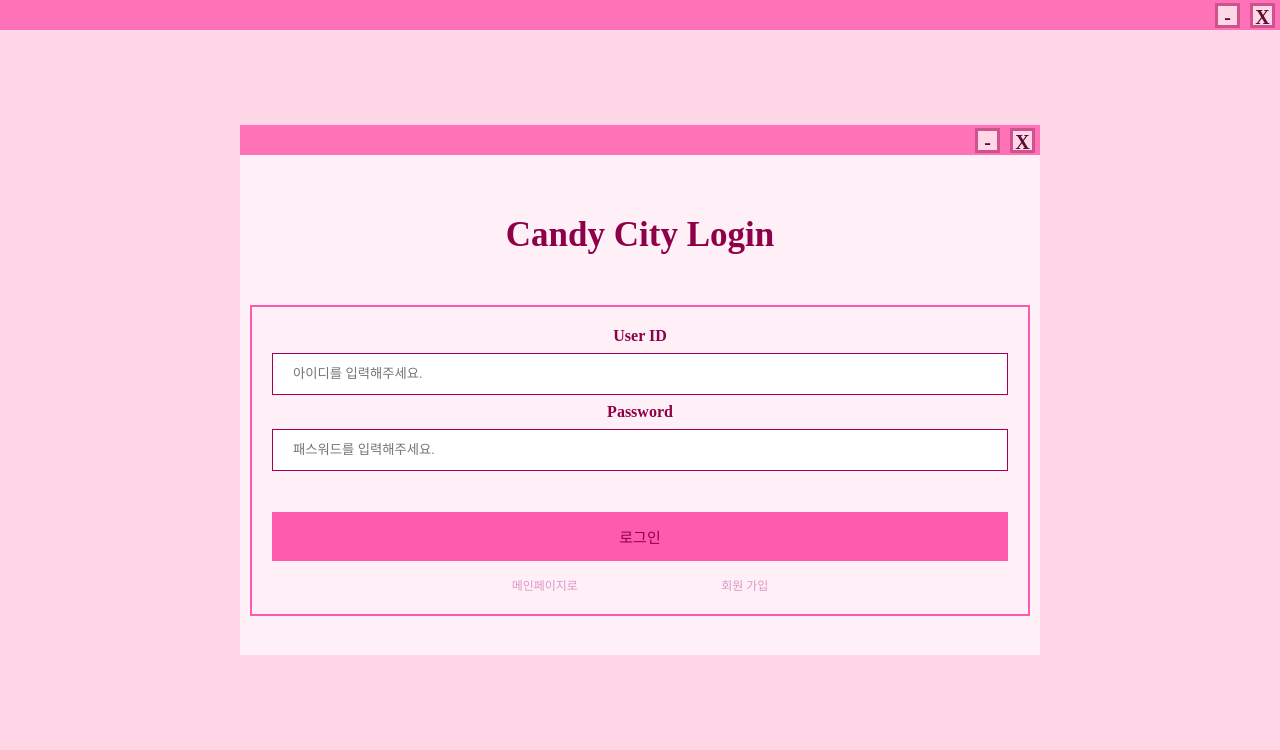
Repository: chanbiM/candyCityProject
Page: http://localhost/CandyCityProj/member/login.jsp
These files come from the project's save history. The page is drawn as it stood at one moment and after the next save; the edit follows.
The browser window is 1280 px wide. The pictures show the whole page.
Some web fonts or font styles are not loaded; a fallback is used. The page is served by Tomcat 9. Other server files are loaded and not shown.

Above is the page before, as saved 2022-11-12 05:07:46.

### CandyCityProj/WebContent/member/login.jsp
<%@ page language="java" contentType="text/html; charset=UTF-8"
	pageEncoding="UTF-8"%>

<!DOCTYPE html>
<html>
<head>
<meta charset="UTF-8">
<title>login</title>
<link rel="stylesheet" href="/css/mainStyle.css">
<link rel="stylesheet" href="/css/loginStyle.css">
</head>
<body>
	<div class="window">
		<button class="widow_btn" id="-_btn">-</button>
		<button class="widow_btn" id="x_btn">X</button>
	</div>
	<div class="wrapper">

		<div class="login">
			<div class="window">
				<button class="widow_btn" id="-_btn">-</button>
				<button class="widow_btn" id="x_btn">X</button>
			</div>

			<form action="/login" method="get" id="loginForm">

				<h2>Candy City Login</h2>

				<div class="login_center">
					<label><b>User ID</b></label> <input type="text"
						placeholder="아이디를 입력해주세요." name="id">

					<label><b>Password</b> <input type="password"
						placeholder="패스워드를 입력해주세요." name="pwd"></label>
					<br><br>
					<input type="submit" value="로그인">

					<ul>
						<li><a href="../index.jsp"> 메인페이지로 </a></li>
						<li><a href="/member/insertMember.jsp"> 회원 가입 </a></li>
					</ul>
				</div>
			</form>
		</div>


	</div>
</body>
</html>

### CandyCityProj/WebContent/css/mainStyle.css
@font-face {
    font-family: 'DungGeunMo';
    src: url('https://cdn.jsdelivr.net/gh/projectnoonnu/noonfonts_six@1.2/DungGeunMo.woff') format('woff');
    font-weight: normal;
    font-style: normal;
}
* {
    margin: 0;
    padding: 0;
    list-style: none;
    text-decoration: none;
    color: rgb(19, 0, 1);
    font-family: 'DungGeunMo';
    color: #8e0047;
}

.wrapper {
    width: 1280px;
    margin: 0 auto;
    background-color: rgb(255, 215, 230);
}

.window {
    width: 100%;
    height: 30px;
    display: flex;
    justify-content: flex-end;
    background-color: #FF72B7;
    align-items: center;
}
.widow_btn {
    width: 25px;
    height: 25px;
    margin: 5px;
    color: #580e32;
    font-weight: bold;
    font-size: 20px;
    background-color: rgb(255, 215, 230);
    border: 3px solid #ce528e;
}

.widow_btn:hover {
    background-color: rgb(203, 164, 178);
    border: 3px solid #953c67;
    cursor: pointer;
    text-align: center;
}

.logo > a {
    display: flex;
}

.logo > a > img {
    width: 150px;
    height: 120px;
    margin: 50px;
    margin-top: 15px;
}

header {
    width: 100%;
    height: 150px;
    display: flex;
    justify-content: space-between;
}

.minimenu {
    width: 300px;
    display: flex;
    align-items: center;
    margin-right: 50px;
}

.minimenu ul {
    width: 300px;
    display: flex;
    justify-content: space-evenly;
}

.mainmenu {
    /* 메뉴 요소 4개 가로정렬 */
    display: flex;

    /* 중앙정렬 */
    text-align: center;
    align-items: center;

    background-color: #FF72B7;
    border-top: 2px #8e0047 solid;
    border-bottom: 2px #8e0047 solid;
    position:relative;

}

.mainmenu li {
    width: 25%;
    height: 50px;
}

.mainmenu a {
    display: flex;
    justify-content: center;
    align-items: center;
    width: 100%;
    height: 100%;
    font-size: 18px;
    font-weight: 600;

    /* 하이라이팅 줄때 애니메이션을 줄 시간과 속성들 */
    transition: background-color 1s, color 1s;
}
/* :hover -> 마우스를 위에 올려 놓을때 적용할 스타일*/
.mainmenu a:hover {
    background-color: #aa4a78;
    color: white;
}

.submenu {
    /* 부모의 면적 + 다른 요소에 영향을 주지 않음 -> 다른 요소에 독립적*/
    position: absolute;
    /* 맨 앞으로 가져오기*/
    z-index: 100;

    width: 25%;
    background-color: #FF72B7;
    color: white;

    /* 기본적으로는 가려짐. 나중에 js로 호버될때 해제되도록 해줄 것 */
    display: none;
}

.submenu li {
    width: 100%;
}
.submenu a:hover {
    background-color: rgb(254, 207, 228);
    color: rgb(70, 19, 30);
}

#slide {
    width: 100%;
    height: 300px;
    position: relative;
    overflow: hidden;
}
#slide>ul>li>a>img {
    position: absolute;
    width: 100%;
    top: 0;
    left: -100%;
    opacity: 0;
}

#slide >ul>li>a>img:first-child {
    left: 0;
    opacity: 1;
}

#slide ul {
    /* 다른 요소에 관여받지 않고 #slide 기준으로 움직이도록*/
    position: absolute;
    top: 0;
    left: 0;

    width: 100%;


}

/* 섹션 */

section {
    display: flex;
    height: 250px;
    overflow: hidden;
    margin: 20px;
}

section > div {
    flex: 1;
    max-width: 50%;

    padding: 10px;
}

/* 컨텐츠 탭 */
.tab {
    display: flex;
}

/* 활성화 된 탭 추가 효과 */
.tab .active {
    background-color: #FF72B7;
}
.tab .active a{
    color: white;
}


.tab div {
    padding: 7px;
    border: 1px solid #800040;
    /* content, tab이 보더가 곂치므로 한쪽 없애주기 */
    border-bottom: none;
}

#content_container .content {
    padding: 7px;
    border: 1px solid #800040;

    /* 일정 크기 이상으로 글자가 나오는걸 방지 */
    max-width: 600px;
    height: 130px;
}

/* 각 요소들의 글자가 넘쳐날 경우 .... 처리*/
#post li {
    overflow: hidden;
    text-overflow:ellipsis;
    white-space: nowrap;
    line-height: 25px;


    border-bottom: 1px solid #800040;
}

/* 갤러리 */
/* 기본적으로 활성화 된게 공지사항이므로 갤러리 컨텐츠는 가리기 */
#gallary {
    display: none;
}

#gallary ul {
    display: flex;
    justify-content: space-between;

}

#gallary img{
    width: 100px;
}

#link_container ul, #link_container li{
    width: 100%;
}

#link_container ul {
	border: 2px solid #FF72B7;

	padding: 10px;
}
#link_container li {
    /* 버튼별 간격 */
    margin-bottom: 5px;

    /* 버튼 내부 간격 */
    padding: 10px;
    text-align: center;
    background-color: #FF72B7;
}

#link_container a {
    color: white;
}

/* 푸터 */

footer {
    /* 가로 정렬 */
    display: flex;

    /* 3가지 요소들 가로 간격 */
    justify-content: space-between;
    /* 세로 중앙 정렬*/
    align-items: center;

    width: 100%;
    height: 100px;
    margin: 30px;
}

.sns {
    display: flex;
    margin-right: 70px;
}

/* sns 아이콘별 간격 */
.sns li {
    margin-left: 10px;
}

footer img {
    width: 30px;
}

/* 팝업의 배경 */
#popup_back {
    /* 기본적으로 가려짐 */
    display: none;

    /* 사이트 내용의 면적을 무시하고 배치*/
    position: absolute;
    top: 0;
    left: 0;

    /* 창 전체 가로 세로 채우기*/
    width: 100%;
    height: 100%;

    /* 검정색 배경(0,0,0,)에서 0.8로 투명도 설정*/
    background: rgba(0,0,0,0.8);
}

/* 팝업 본체 */
#popup{
    position: relative;

    /* 팝업 창의 가로 세로*/
    width:400px;
    height:200px;

    /* 배경 면적의 top 50%, left 50% 위치로 이동 */
    top:50%;
    left:50%;
    /* 중앙 배치를 위해 팝업의 가로 세로의 절반 크기 만큼 옮기기*/
    margin-top: -100px;
    margin-left:-200px;

    background:#fff;
    padding: 20px;
}
/* 팝업 버튼 */
#popup_close {
    position: absolute;
    padding: 5px;

    /* 팝업의 아래쪽부터 20px, 오른쪽으로부터 20px */
    right: 20px;
    bottom: 20px;
}

### CandyCityProj/WebContent/css/loginStyle.css
@charset "UTF-8";

* {
	margin: 0 auto;
	padding: 0;
	box-sizing: border-box;
	color: #8e0047;
	text-decoration: none;
}

.wrapper {
	width: 1280px;
	text-align: center;
	display: flex;
  	justify-content: center;
 	align-items: center;
 	min-height: 100vh;
 	background-color: rgb(255, 215, 230);
}

.window {
}
h2 {
	margin: 50px 0;
	font-size: 35px;
}

Form {
	background-color: #fff0f8;
	padding: 10px;
	display: block;
	margin: 0 auto;

}

#signUpForm{
	width: 800px;
	height: 600px;
}

#loginForm {
	width: 800px;
	height: 500px;
}

.login_center {
	border: 2px solid #ff59ac;
	padding: 20px;
}

input[type=text], input[type=password], input[type=number]{
	width: 100%;
	padding: 12px 20px;
	margin: 8px 0;
	display: inline-block;
	border: 1px solid #a60053;
}

input[type=submit] {
	background-color: #ff5bad;
	color: #8e0047;
	padding: 14px 20px;
	margin: 15px 0;
	cursor: pointer;
	border: 0px;
	width: 100%;
	font-size: 15px;
}

input[type=submit]:hover {
	background-color: #8e0047;
	color: #fff;
}


input[type=reset] {
	background-color: #bcbcbc;
	color: #8e0047;
	padding: 14px 20px;
	margin: 8px 0;
	cursor: pointer;
	width: 100%;
}

a {
	font-size: 12px;
	color: #db97c7;
}

a:hover {
	font-weight: bold;
}

Form ul{
	display: flex;
	width: 400px;
    align-items: center;
}

After the next save:
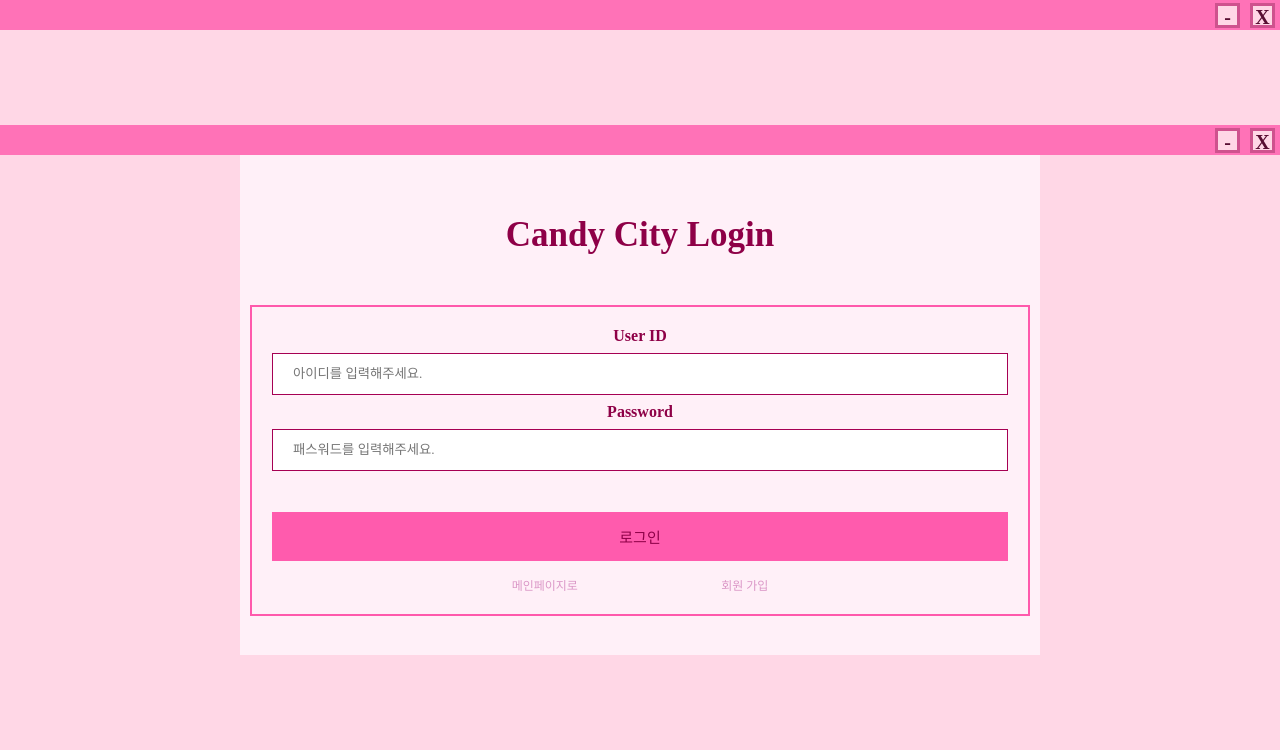
Saved 76 s later.
--- a/CandyCityProj/WebContent/css/loginStyle.css
+++ b/CandyCityProj/WebContent/css/loginStyle.css
@@ -19,6 +19,7 @@
 }
 
 .window {
+	width: 1280px;
 }
 h2 {
 	margin: 50px 0;

After the save that followed:
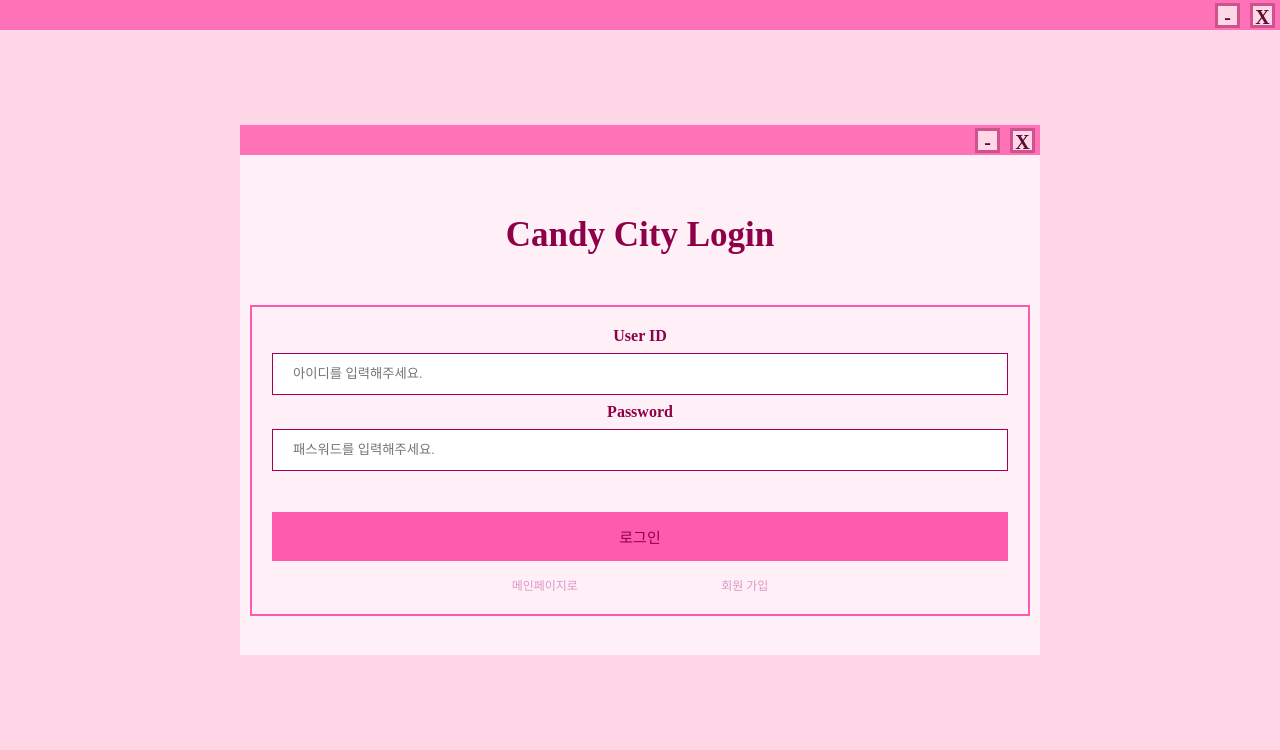
Saved 67 s later.
--- a/CandyCityProj/WebContent/css/loginStyle.css
+++ b/CandyCityProj/WebContent/css/loginStyle.css
@@ -18,7 +18,7 @@
  	background-color: rgb(255, 215, 230);
 }
 
-.window {
+.back_window {
 	width: 1280px;
 }
 h2 {
